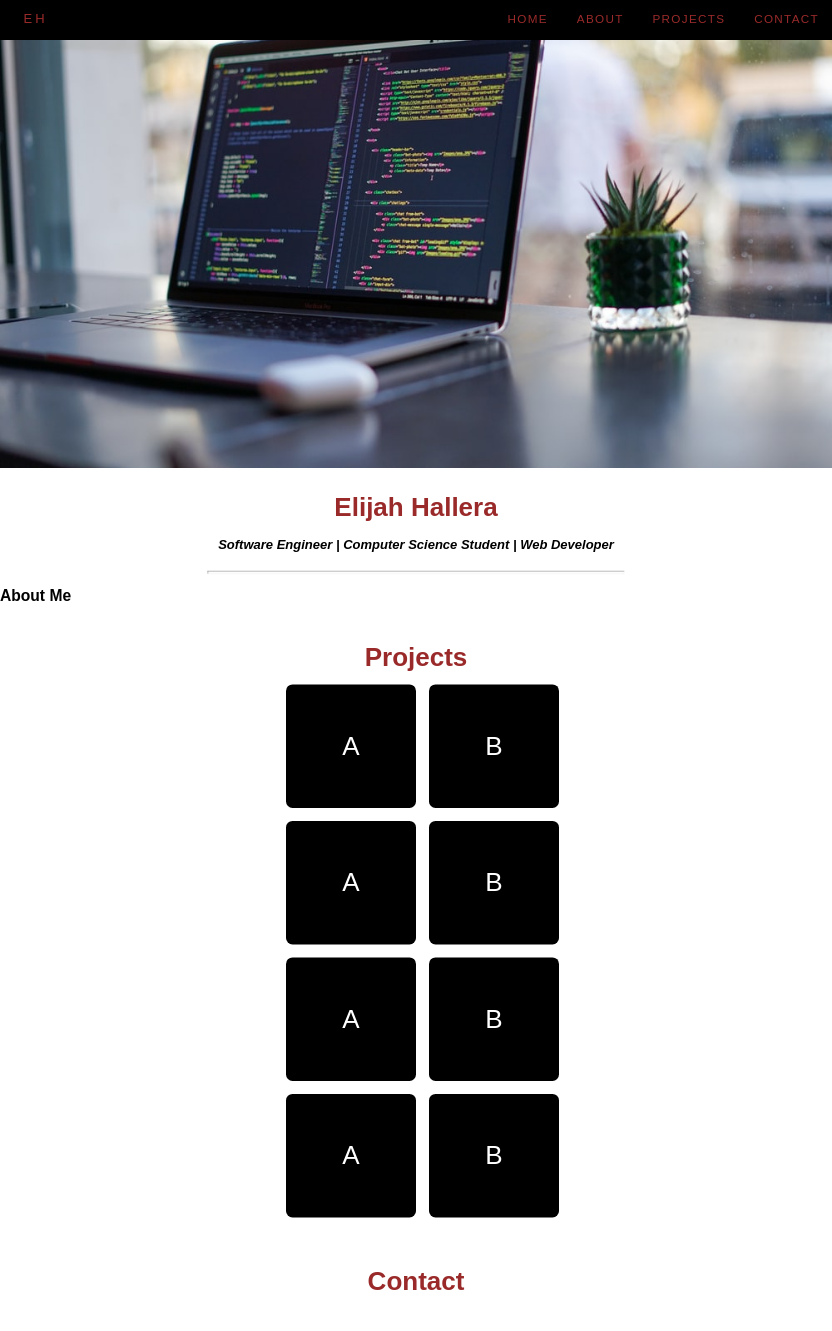
Repository: ElijahHallera/ElijahHallera.github.io
Page: http://localhost/
The author's editor kept a record of every edit. The page is drawn from the files as they stood at one moment, then again after the next edit.
The browser window is 1280 px wide. The pictures show the whole page, at 65% of full size.
Backgrounds fixed to the window are drawn as part of the page. The page is served by the project's Node server (index.js).

Above is the page before.

### views/Homepage.ejs
<%- include ('partials/header'); -%>

<!--

<div class="bg">
	<div class="centered">

		<div class="borderlines">
			<h3> Elijah Hallera </h3>
			<h2> Software Developer/Engineer</h2>
		</div>

		<nav>
			<a href= "/"> <button class="button btn btn-default"> Home </button></a>
			<a href= "/about"> <button class="button btn btn-default"> About </button></a>
			<a href= "/projects"> <button class="button btn btn-default"> Projects </button></a>
			<a href= "/contact"><button class="button btn btn-default"> Contact </button></a>
			</br>
			<a href="https://github.com/ElijahHallera"> <img class="gitIcon" src="images/git2.png"></a>
			<a href="https://www.linkedin.com/in/elijah-hallera-892278199/"><img class="linkedIcon" src="images/LinkedInLogo.png"></a>
		</nav>
	</div>

</div>

-->

<!-- NEW TEMPLATE FOR WEBSITE -->
<div class="wrapper" id="home">
	<header>
		<nav>
			<div class="websiteLogo">
				<a class="Logo" href="#home"> EH </a>
			</div>
			<div class="menu">
				<ul>
					<li><a href="#home">Home</a></li>
					<li><a href="#about">About</a></li>
					<li><a href="#projects">Projects</a></li>
					<li><a href="#contact">Contact</a></li>
				</ul>
			</div>
		</nav>
	</header>

	<div id="about" class="container">
		</br>
		<div class="content">
			<h1>Elijah Hallera</h1>
			<h4>Software Engineer | Computer Science Student | Web Developer</h4>
			<hr>
		</div>
		<div>
			<h2>About Me</h2>
		</div>
	</div>

	<div id="projects">
		</br>
		<div class="content">
			<h1>Projects</h1>
		</div>
		<div class="row">
			<div class="column"> A </div>
			<div class="column"> B </div>
			<div class="column"> A </div>
			<div class="column"> B </div>
		</div>
		<div class="row">
			<div class="column"> A </div>
			<div class="column"> B </div>
			<div class="column"> A </div>
			<div class="column"> B </div>
		</div>
	</div>

	</br>
	<div id="contact">
		</br>
		<div class="content">
			<h1>Contact</h1>
		</div>
	</div>
	</br>
	</br>

</div>

### views/partials/header.ejs
<!DOCTYPE html>
<html>

  <head>
    <title>Hallera Portfolio</title>
    <meta charset="UTF-8">
    <meta name="viewport" content="width=device-width, initial-scale=1.0">
		<link rel='stylesheet' type='text/css' href='app.css'>
		<link rel="stylesheet" href="https://cdnjs.cloudflare.com/ajax/libs/font-awesome/4.7.0/css/font-awesome.min.css">
  </head>

  <body>

### index.js
/* App Configuration */
var express = require('express');
var methodOverride = require('method-override');

var app = express();
var port = process.env.PORT || 8080;

app.use(express.static('public'));
app.set('view engine', 'ejs');

/* Home Route */
app.get('/', function(req, res){
    res.render('Homepage');
});

app.get('/about', function(req, res){
    res.render('About');
});

app.get('/projects', function(req, res){
    res.render('Projects');
});

app.get('/contact', function(req, res){
    res.render('Contact');
});

/* Error Route*/
app.get('*', function(req, res){
   res.render('error');
});

app.listen(port, () => console.log(`Listening on port ${port}`));

### public/app.css
html, body{
  margin: 0;
  padding: 0;
  width: 100%;
}

html{
  scroll-behavior: smooth;
}

body{
  font-family: sans-serif;
}

header{
  width: 100%;
  height: 100vh;
  background-image: url("images/prog.jpg");
  background-repeat: no-repeat;
  background-size: cover;
  background-attachment: fixed;
}

h1{
  text-align: center;
  color: #9A2A2A;
}

h3{
  text-align: center;
}

h4{
  text-align: center;
  font-style: italic;
}

p{
  padding-left: 10px;
  padding-right: 10px;
}

nav{
  position: fixed;
  width: 100%;
  background-color: black;
}

nav a:hover{
  color: white;
  text-decoration: none;
  font-size: 1.25em;
  transition: 1s;
}

nav ul{
  list-style: none;
  overflow: hidden;
  color: white;
  padding: 0;
  text-align: right;
  margin: 0;
}

nav.black ul{
  background: #000;
}

nav ul li{
  display: inline-block;
  padding: 20px;
}

nav ul li a{
  text-decoration: none;
  color: #9A2A2A;
  font-size: 18px;
  font-family: sans-serif;
  text-transform: uppercase;
  letter-spacing: 2px;
}

a.Logo{
  color: #9A2A2A;
  text-decoration: none;
}

hr{
  position: relative;
  width: 50%;
  height: 3px
}

.centered{
  position: fixed;
  top: 25%;
  left: 50%;
  transform: translate(-50%, -50%);
}

.content{
  width: 100%;
  font-size: 20px;
  line-height: 30px;
  text-align: justify;
}

.gitIcon{
  padding-top: 15px;
  width: 25px;
  height: auto;
  text-align: centered;
}

.linkedIcon{
  padding-top: 15px;
  width: 25px;
  height: auto;
  text-align: centered;
}

.profilePicture{
  position: center;
  height: 50%;
  width: 50%;
}

.websiteLogo{
  position: fixed;
  float: left;
  color: white;
  margin: 18px 36px;
  text-transform: uppercase;
  letter-spacing: 5px;
  font-size: 20px;
}

.row{
  margin: 20px auto;
  width:400px;
  height:400px;
  background-color: white;
  display: grid;
  grid-template-columns: 200px 200px;
  grid-row: auto auto;
  grid-column-gap: 20px;
  grid-row-gap: 20px;
}

.column{
    background-color: black;
    padding:20px;
    border-radius:10px;
    color: white;
    display:flex;
    align-items:center;
    justify-content:center;
    font-size:40px;
    font-family:sans-serif;
  }

  .resume{
    text-align: center;
    padding-top: 10px;
  }

After the next edit:
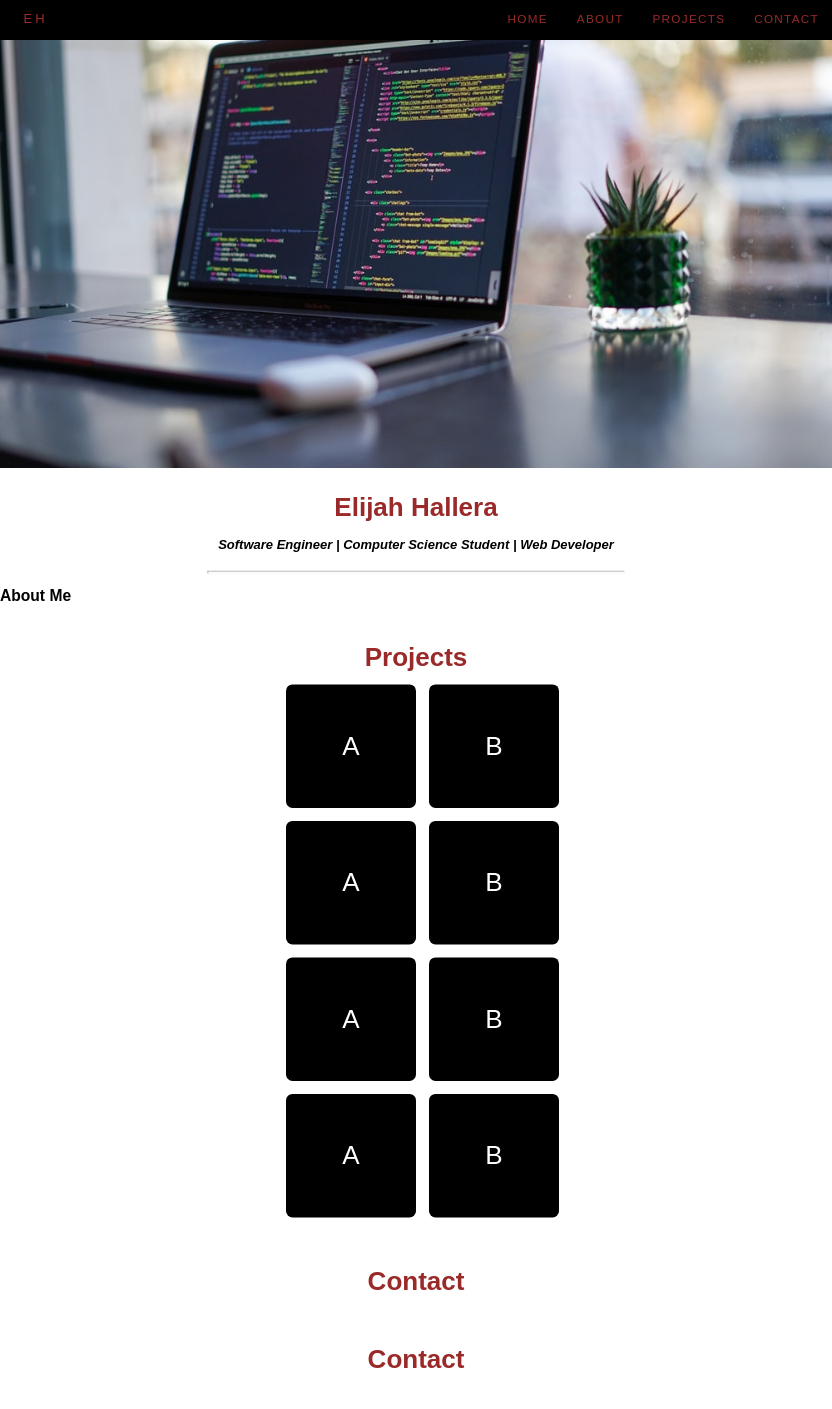
The edit:
--- a/views/Homepage.ejs
+++ b/views/Homepage.ejs
@@ -75,6 +75,14 @@
 	</div>
 
 	</br>
+	<div id="Resume">
+		</br>
+		<div class="content">
+			<h1>Contact</h1>
+		</div>
+	</div>
+
+	</br>
 	<div id="contact">
 		</br>
 		<div class="content">
